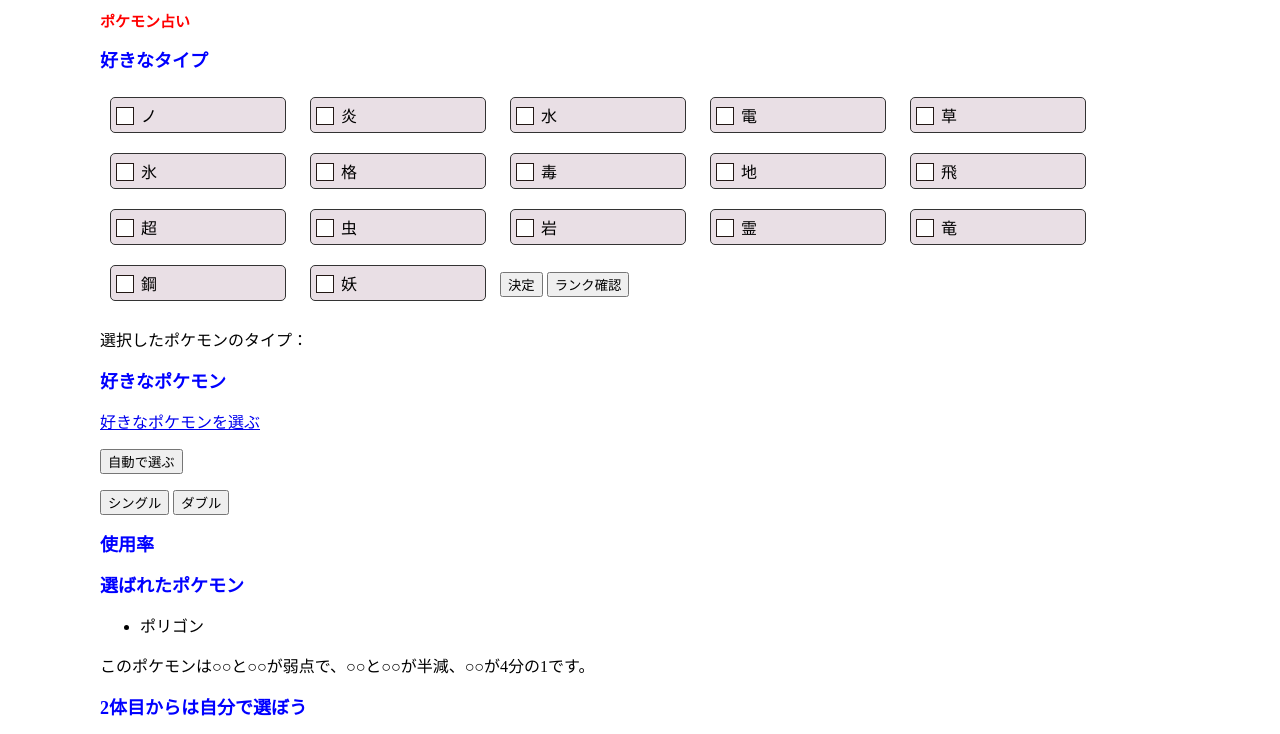
Repository: KustomApe/ksie
Page: index.html
These files come from the project's save history. The page is drawn as it stood at one moment and after the next save; the edit follows.
The browser window is 1280 px wide. The pictures show the whole page.

Above is the page before, as saved 2021-01-22 17:20:46.

### index.html
<!DOCTYPE html>
<html lang="ja">
<head>
    <meta charset="UTF-8">
    <meta name="viewport" content="width=device-width, initial-scale=1.0">
    <title>ポケモン占い</title>
    <link rel="stylesheet" type="text/css" href="./assets/css/style.css">
    <script type="text/javascript" src="./assets/js/uranai.js"></script>
</head>
<body>
    <div id="wrap">
    <h1>ポケモン占い</h1>
    <h2>好きなタイプ</h2>
    <form id="type_form" action="#" name="type_form">
        <input type="checkbox" id="01-A" name="types" value="ノ">
        <label for="01-A" class="types">ノ</label>
        <input type="checkbox" id="02-A" name="types" value="炎">
        <label for="02-A" class="types">炎</label>
        <input type="checkbox" id="03-A" name="types" value="水">
        <label for="03-A" class="types">水</label>
        <input type="checkbox" id="04-A" name="types" value="電">
        <label for="04-A" class="types">電</label>
        <input type="checkbox" id="05-A" name="types" value="草">
        <label for="05-A" class="types">草</label>
        <input type="checkbox" id="06-A" name="types" value="氷">
        <label for="06-A" class="types">氷</label>
        <input type="checkbox" id="07-A" name="types" value="格">
        <label for="07-A" class="types">格</label>
        <input type="checkbox" id="08-A" name="types" value="毒">
        <label for="08-A" class="types">毒</label>
        <input type="checkbox" id="09-A" name="types" value="地">
        <label for="09-A" class="types">地</label>
        <input type="checkbox" id="10-A" name="types" value="飛">
        <label for="10-A" class="types">飛</label>
        <input type="checkbox" id="11-A" name="types" value="超">
        <label for="11-A" class="types">超</label>
        <input type="checkbox" id="12-A" name="types" value="虫">
        <label for="12-A" class="types">虫</label>
        <input type="checkbox" id="13-A" name="types" value="岩">
        <label for="13-A" class="types">岩</label>
        <input type="checkbox" id="14-A" name="types" value="霊">
        <label for="14-A" class="types">霊</label>
        <input type="checkbox" id="15-A" name="types" value="竜">
        <label for="15-A" class="types">竜</label>
        <input type="checkbox" id="16-A" name="types" value="鋼">
        <label for="16-A" class="types">鋼</label>
        <input type="checkbox" id="17-A" name="types" value="妖">
        <label for="17-A" class="types">妖</label>
        <input type="button" onclick="taipu()" value="決定">
        <input type="button" onclick="pokemonLists()" value="ランク確認">
    </form>
    <p>選択したポケモンのタイプ：<span id="display_types"></span></p>
    <h2>好きなポケモン</h2>
    <p><a href="./select_pokemon.html">好きなポケモンを選ぶ</a></p>
    <form><input type="button" value="自動で選ぶ" onClick="uranai()"></form>
    <p id='pokemon_elect'></p>
    <button>シングル</button>
    <button>ダブル</button>
    <h2>使用率</h2>
    <h2>選ばれたポケモン</h2>
    <ul>
        <li>ポリゴン</li>
    </ul>
    <p>このポケモンは○○と○○が弱点で、○○と○○が半減、○○が4分の1です。</p>
    <h2>2体目からは自分で選ぼう</h2>
</div>
</body>
</html>

### assets/css/style.css
@charset "utf-8";

body {
    display: block;
    margin: 0 auto;
    width: 1080px;
}

div#wrap {
    display: block;
    margin: 0 auto;
    width: 1080px;
}

h1 {
    color: red;
    font-size: 15px;
}

h2 {
    color: blue;
    font-size: large;
}

ul.taipu {
    margin: 100px;
}

/* ul.taipu li {
    margin: 10px;
    list-style: none;
    float: left;
    width: 105px;
    border: solid 1px #333333;
    border-radius: 5px;
    padding: 5px;
    /* background-color: #e9dfe5; */

label {
    display: block;
}

/* チェックボックス01 */
input[type=checkbox] {
    display: none;
}
.types {
    margin: 10px;
    list-style: none;
    width: 105px;
    border: solid 1px #333333;
    border-radius: 5px;
    padding: 5px;
    background-color: #e9dfe5;
    box-sizing: border-box;
    cursor: pointer;
    display: inline-block;
    padding: 5px 30px;
    position: relative;
    width: 11rem;
}
.types::before {
    background: #fff;
    border: 1px solid #231815;
    content: '';
    display: block;
    height: 16px;
    left: 5px;
    margin-top: -8px;
    position: absolute;
    top: 50%;
    width: 16px;
}
.types::after {
    border-right: 3px solid red;
    border-bottom: 3px solid red;
    content: '';
    display: block;
    height: 9px;
    left: 10px;
    margin-top: -7px;
    opacity: 0;
    position: absolute;
    top: 50%;
    transform: rotate(45deg);
    width: 5px;
}
input[type=checkbox]:checked + .types::after {
    opacity: 1;
}

.clearfix::after {
    content: "";
    display: block;
    clear: both;
}

### assets/js/uranai.js
function docReady(fn) {
    // see if DOM is already available
    if (document.readyState === "complete" || document.readyState === "interactive") {
        // call on next available tick
        setTimeout(fn, 1);
    } else {
        document.addEventListener("DOMContentLoaded", fn);
    }
}

docReady(function checked() {
    var status = document.getElementsByClassName("types");
    console.log(status)
    if (status.checked == true) {
        console.log('checked');
    }
    else if (status.checked == false) {
        console.log('unchecked')
    }
});

function uranai() {
    rand = Math.floor(Math.random()*100);
    console.log(rand)
    elect = 'サンダー'
    if (rand > 9) elect = "ランドロス"; //10～29（20%）
    if (rand > 29) elect = "カプ・レヒレ"; //30～49（20%）
    if (rand > 49) elect = "ボルトロス"; //50～69(20%)
	if (rand > 69) elect = "ミミッキュ"; //70～89（20%）
	if (rand > 89) elect = "エースバーン"; //90～99（10%）
    console.log(elect);
    para = document.getElementById('pokemon_elect');
    para.innerHTML = elect;
};

function taipu() {
    const arrType = [];
    const types = document.type_form.types;

    for (let i = 0; i < types.length; i++) {
        if(types[i].checked) {
            arrType.push(" " + types[i].value);
        }
    }
    console.log(arrType)
    document.getElementById("display_types").textContent = arrType;
    // タイプのデータを取ってくる
    // タイプの中身をコンソールログに出す
    // 占うボタンをクリック
    // 該当するポケモンが4体以上150位以内の中にいた場合は占う
    // 3体以下なら警告を出す
    // console.log("ポケモンゲットだぜ！")
};

function pokemonLists() {
    let pokemons = {
        1: "サンダー",
        2: "エースバーン",
        3: "ミミッキュ",
        4: "カプ・レヒレ",
        5: "ランドロス",
        6: "ポリゴン２",
        7: "ウーラオス",
        8: "ドラパルト",
        9: "カバルドン",
        10: "ゴリランダー",
        11: "ウーラオス",
        12: "カイリュー",
        13: "ウツロイド",
        14: "ナットレイ",
        15: "テッカグヤ",
        16: "ウオノラゴン",
        17: "バンギラス",
        18: "ドリュウズ",
        19: "カミツルギ",
        20: "ブリザポス",
        21: "ドヒドイデ",
        22: "ラグラージ",
        23: "ラプラス",
        24: "レジエレキ",
        25: "ガブリアス",
        26: "ヒードラン",
        27: "フェローチェ",
        28: "アーゴヨン",
        29: "クレセリア",
        30: "ボルトロス",
        31: "ファイヤー",
        32: "バシャーモ",
        33: "パッチラゴン",
        34: "ドサイドン",
        35: "ボーマンダ",
        36: "オーロンゲ",
        37: "ロトム",
        38: "ジバコイル",
        39: "メタグロス",
        40: "ギャラドス",
        41: "ヤドキング",
        42: "カプ・コケコ",
        43: "キュウコン",
        44: "ヒヒダルマ",
        45: "マンムー",
        46: "カプ・テテフ",
        47: "ロトム",
        48: "ウインディ",
        49: "ピクシー",
        50: "エルフーン",
        51: "エアームド",
        52: "トゲキッス",
        53: "ラッキー",
        54: "スイクン",
        55: "マリルリ",
        56: "カプ・ブルル",
        57: "ラティオス",
        58: "ハッサム",
        59: "カビゴン",
        60: "ライコウ",
        61: "ハピナス",
        62: "リザードン",
        63: "アーマーガア",
        64: "ラティアス",
        65: "ヌオー",
        66: "パルシェン",
        67: "アシレーヌ",
        68: "サニーゴ",
        69: "ボルトロス",
        70: "ギルガルド",
        71: "ニンフィア",
        72: "ブリムオン",
        73: "ガオガエン",
        74: "トリトドン",
        75: "パッチルドン",
        76: "ルカリオ",
        77: "ミロカロス",
        78: "ファイヤー",
        79: "サンダー",
        80: "ガマゲロゲ",
        81: "マッシブーン",
        82: "ゲンガー",
        83: "ヌメルゴン",
        84: "ナマコブシ",
        85: "カメックス",
        86: "マニューラ",
        87: "ガラガラ",
        88: "インテレオン",
        89: "ランクルス",
        90: "レイスポス",
        91: "メタモン",
        92: "エーフィ",
        93: "ユクシー",
        94: "シャンデラ",
        95: "デンジュモク",
        96: "サザンドラ",
        97: "ウルガモス",
        98: "エンテイ",
        99: "ポットデス",
        100: "ルガルガン",
        101: "ツンデツンデ",
        102: "ブラッキー",
        103: "ズガドーン",
        104: "レジロック",
        105: "コータス",
        106: "サーナイト",
        107: "ボスゴドラ",
        108: "レジアイス",
        109: "クレッフィ",
        110: "フシギバナ",
        111: "ランターン",
        112: "グレイシア",
        113: "ゴチルゼル",
        114: "ゾロアーク",
        115: "オノノクス",
        116: "マタドガス",
        117: "ペンドラー",
        118: "マホイップ",
        119: "ユレイドル",
        120: "ニドキング",
        121: "タチフサグマ",
        122: "コオリッポ",
        123: "シャワーズ",
        124: "トルネロス",
        125: "エレキブル",
        126: "フリーザー",
        127: "キングドラ",
        128: "サンダース",
        129: "ホルード",
        130: "バイバニラ",
        131: "クレベース",
        132: "ギガイアス",
        133: "トルネロス",
        134: "ブルンゲル",
        135: "キリキザン",
        136: "ポリゴンＺ",
        137: "ドラピオン",
        138: "ストリンダー",
        139: "シザリガー",
        140: "キュワワー",
        141: "ニャオニクス",
        142: "レジドラゴ",
        143: "アイアント",
        144: "バンバドロ",
        145: "ロトム",
        146: "ヤドラン",
        147: "ジュラルドン",
        148: "ヤドラン",
        149: "ガチゴラス",
        150: "アマルルガ",
    };
    for (let key in pokemons) {
        console.log(key + '位は' + pokemons[key]);
    }
};

function pickPokemon() {
    let pokemons = {
        1: "サンダー",
        2: "エースバーン",
        3: "ミミッキュ",
        4: "カプ・レヒレ",
        5: "ランドロス",
        6: "ポリゴン２",
        7: "ウーラオス",
        8: "ドラパルト",
        9: "カバルドン",
        10: "ゴリランダー",
        11: "ウーラオス",
        12: "カイリュー",
        13: "ウツロイド",
        14: "ナットレイ",
        15: "テッカグヤ",
        16: "ウオノラゴン",
        17: "バンギラス",
        18: "ドリュウズ",
        19: "カミツルギ",
        20: "ブリザポス",
        21: "ドヒドイデ",
        22: "ラグラージ",
        23: "ラプラス",
        24: "レジエレキ",
        25: "ガブリアス",
        26: "ヒードラン",
        27: "フェローチェ",
        28: "アーゴヨン",
        29: "クレセリア",
        30: "ボルトロス",
        31: "ファイヤー",
        32: "バシャーモ",
        33: "パッチラゴン",
        34: "ドサイドン",
        35: "ボーマンダ",
        36: "オーロンゲ",
        37: "ロトム",
        38: "ジバコイル",
        39: "メタグロス",
        40: "ギャラドス",
        41: "ヤドキング",
        42: "カプ・コケコ",
        43: "キュウコン",
        44: "ヒヒダルマ",
        45: "マンムー",
        46: "カプ・テテフ",
        47: "ロトム",
        48: "ウインディ",
        49: "ピクシー",
        50: "エルフーン",
        51: "エアームド",
        52: "トゲキッス",
        53: "ラッキー",
        54: "スイクン",
        55: "マリルリ",
        56: "カプ・ブルル",
        57: "ラティオス",
        58: "ハッサム",
        59: "カビゴン",
        60: "ライコウ",
        61: "ハピナス",
        62: "リザードン",
        63: "アーマーガア",
        64: "ラティアス",
        65: "ヌオー",
        66: "パルシェン",
        67: "アシレーヌ",
        68: "サニーゴ",
        69: "ボルトロス",
        70: "ギルガルド",
        71: "ニンフィア",
        72: "ブリムオン",
        73: "ガオガエン",
        74: "トリトドン",
        75: "パッチルドン",
        76: "ルカリオ",
        77: "ミロカロス",
        78: "ファイヤー",
        79: "サンダー",
        80: "ガマゲロゲ",
        81: "マッシブーン",
        82: "ゲンガー",
        83: "ヌメルゴン",
        84: "ナマコブシ",
        85: "カメックス",
        86: "マニューラ",
        87: "ガラガラ",
        88: "インテレオン",
        89: "ランクルス",
        90: "レイスポス",
        91: "メタモン",
        92: "エーフィ",
        93: "ユクシー",
        94: "シャンデラ",
        95: "デンジュモク",
        96: "サザンドラ",
        97: "ウルガモス",
        98: "エンテイ",
        99: "ポットデス",
        100: "ルガルガン",
        101: "ツンデツンデ",
        102: "ブラッキー",
        103: "ズガドーン",
        104: "レジロック",
        105: "コータス",
        106: "サーナイト",
        107: "ボスゴドラ",
        108: "レジアイス",
        109: "クレッフィ",
        110: "フシギバナ",
        111: "ランターン",
        112: "グレイシア",
        113: "ゴチルゼル",
        114: "ゾロアーク",
        115: "オノノクス",
        116: "マタドガス",
        117: "ペンドラー",
        118: "マホイップ",
        119: "ユレイドル",
        120: "ニドキング",
        121: "タチフサグマ",
        122: "コオリッポ",
        123: "シャワーズ",
        124: "トルネロス",
        125: "エレキブル",
        126: "フリーザー",
        127: "キングドラ",
        128: "サンダース",
        129: "ホルード",
        130: "バイバニラ",
        131: "クレベース",
        132: "ギガイアス",
        133: "トルネロス",
        134: "ブルンゲル",
        135: "キリキザン",
        136: "ポリゴンＺ",
        137: "ドラピオン",
        138: "ストリンダー",
        139: "シザリガー",
        140: "キュワワー",
        141: "ニャオニクス",
        142: "レジドラゴ",
        143: "アイアント",
        144: "バンバドロ",
        145: "ロトム",
        146: "ヤドラン",
        147: "ジュラルドン",
        148: "ヤドラン",
        149: "ガチゴラス",
        150: "アマルルガ",
    };
    const pokemon = [];
    for (let i = 0; i < pokemon.length; i++) {
        pokemon.push(" " + pokemons[i].value);
    }

    const random = Math.floor(Math.random() * months.length);
    console.log(random, pokemon[random]);
};

After the next save:
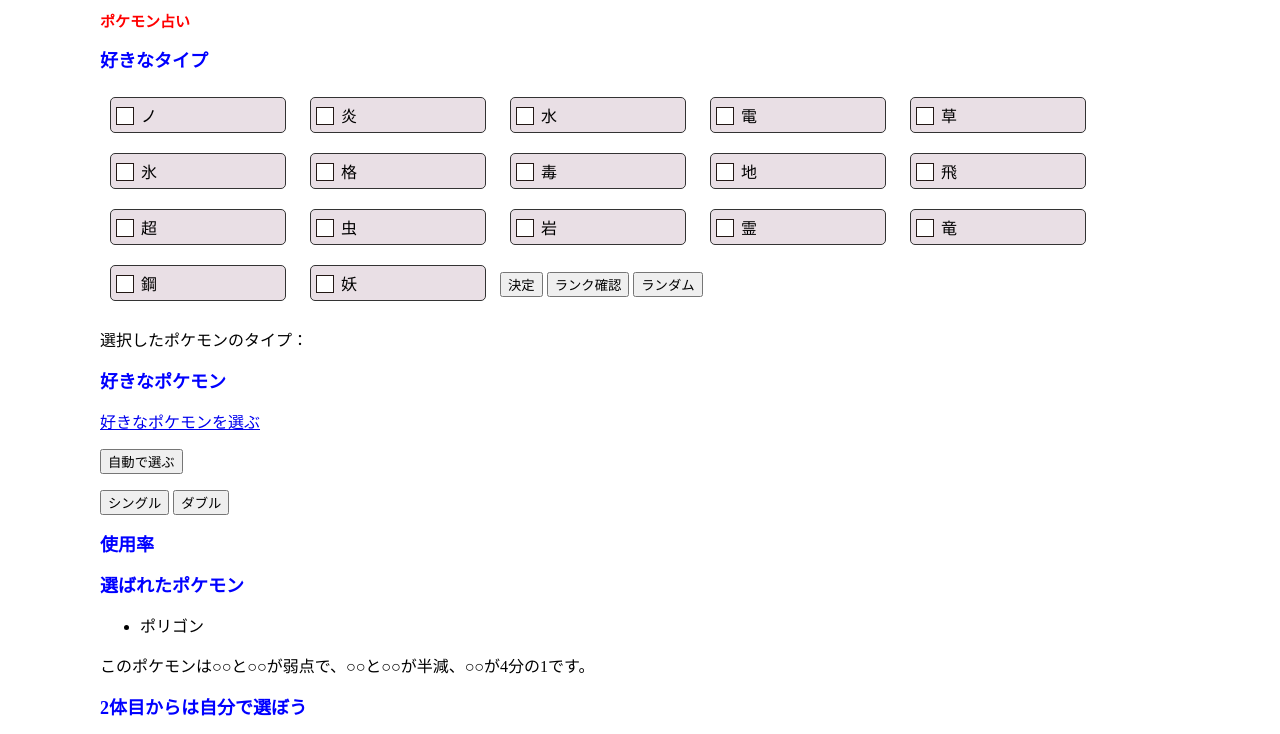
Saved 16 s later.
--- a/index.html
+++ b/index.html
@@ -48,6 +48,7 @@
         <label for="17-A" class="types">妖</label>
         <input type="button" onclick="taipu()" value="決定">
         <input type="button" onclick="pokemonLists()" value="ランク確認">
+        <input type="button" onclick="pokemonLists()" value="ランダム">
     </form>
     <p>選択したポケモンのタイプ：<span id="display_types"></span></p>
     <h2>好きなポケモン</h2>
